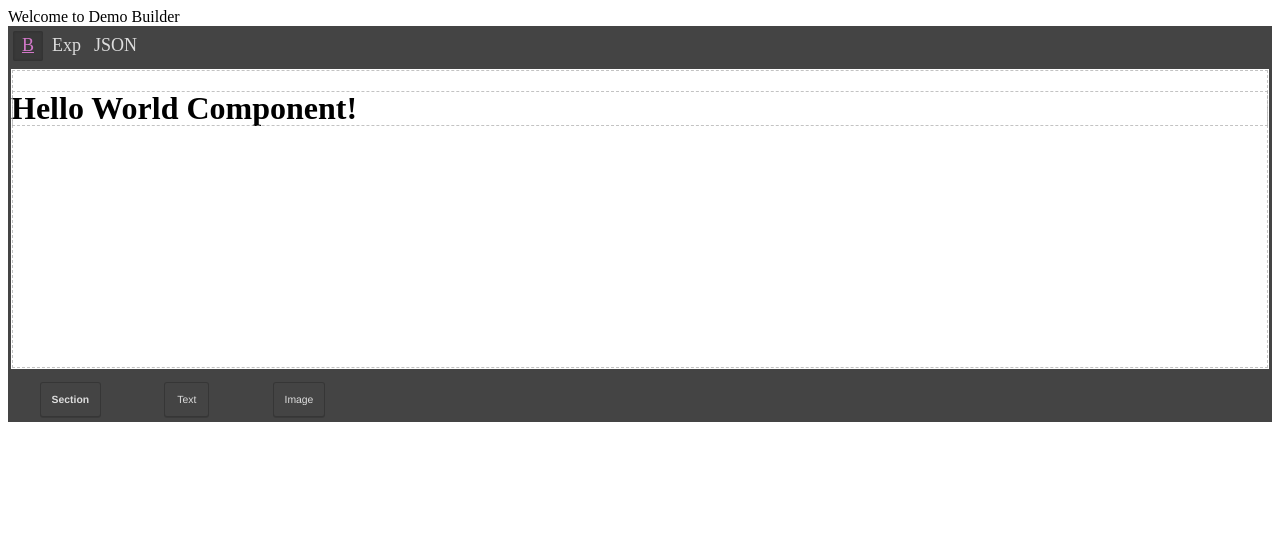
Repository: adityakulkarni000/DemoBuilder
Page: index.html
An editor plug-in stored every save of this project. The page is shown before and after the next save, followed by the edit.
The browser window is 1280 px wide. The pictures show the whole page.

Above is the page before, as saved 2022-06-19 01:13:32.

### index.html
<html>
  <header>Welcome to Demo Builder</header>
  <link rel="stylesheet" href="css/grapes.min.css" />
  <script src="lib/grapes.min.js"></script>

  <!-- STYLE SECTION-->
  <style>
    /* Let's highlight canvas boundaries */
    #gjs {
      border: 3px solid #444;
    }

    /* Reset some default styling */
    .gjs-cv-canvas {
      top: 0;
      width: 100%;
      height: 100%;
    }
    .gjs-block {
      width: auto;
      height: auto;
      min-height: auto;
    }
    .panel__top {
      padding: 0;
      width: 100%;
      display: flex;
      position: initial;
      justify-content: center;
      justify-content: space-between;
    }
    .panel__basic-actions {
      position: initial;
    }
  </style>

  <!-- BODY SECTION-->
  <body>
    <div class="panel__top">
      <div class="panel__basic-actions"></div>
    </div>
    <div id="gjs">
      <h1>Hello World Component!</h1>
    </div>
    <div id="blocks"></div>
  </body>

  <!-- SCRIPT SECTION-->
  <script>
    const editor = grapesjs.init({
      // Indicate where to init the editor. You can also pass an HTMLElement
      container: "#gjs",
      // Get the content for the canvas directly from the element
      // As an alternative we could use: `components: '<h1>Hello World Component!</h1>'`,
      fromElement: true,
      // Size of the editor
      height: "300px",
      width: "auto",
      // Disable the storage manager for the moment
      storageManager: false,
      // Avoid any default panel
      panels: { defaults: [] },

      blockManager: {
        appendTo: "#blocks",
        blocks: [
          {
            id: "section", // id is mandatory
            label: "<b>Section</b>", // You can use HTML/SVG inside labels
            attributes: { class: "gjs-block-section" },
            content: `<section>
          <h1>This is a simple title</h1>
          <div>This is just a Lorem text: Lorem ipsum dolor sit amet</div>
        </section>`,
          },
          {
            id: "text",
            label: "Text",
            content: '<div data-gjs-type="text">Insert your text here</div>',
          },
          {
            id: "image",
            label: "Image",
            // Select the component once it's dropped
            select: true,
            // You can pass components as a JSON instead of a simple HTML string,
            // in this case we also use a defined component type `image`
            content: { type: "image" },
            // This triggers `active` event on dropped components and the `image`
            // reacts by opening the AssetManager
            activate: true,
          },
        ],
      },
    });
    editor.Panels.addPanel({
      id: "panel-top",
      el: ".panel__top",
    });
    editor.Panels.addPanel({
      id: "basic-actions",
      el: ".panel__basic-actions",
      buttons: [
        {
          id: "visibility",
          active: true, // active by default
          className: "btn-toggle-borders",
          label: "<u>B</u>",
          command: "sw-visibility", // Built-in command
        },
        {
          id: "export",
          className: "btn-open-export",
          label: "Exp",
          command: "export-template",
          context: "export-template", // For grouping context of buttons from the same panel
        },
        {
          id: "show-json",
          className: "btn-show-json",
          label: "JSON",
          context: "show-json",
          command(editor) {
            editor.Modal.setTitle("Components JSON")
              .setContent(
                `<textarea style="width:100%; height: 250px;">
            ${JSON.stringify(editor.getComponents())}
          </textarea>`
              )
              .open();
          },
        },
      ],
    });
  </script>
</html>

Loaded but not shown: css/grapes.min.css (library); lib/grapes.min.js (library)

After the next save:
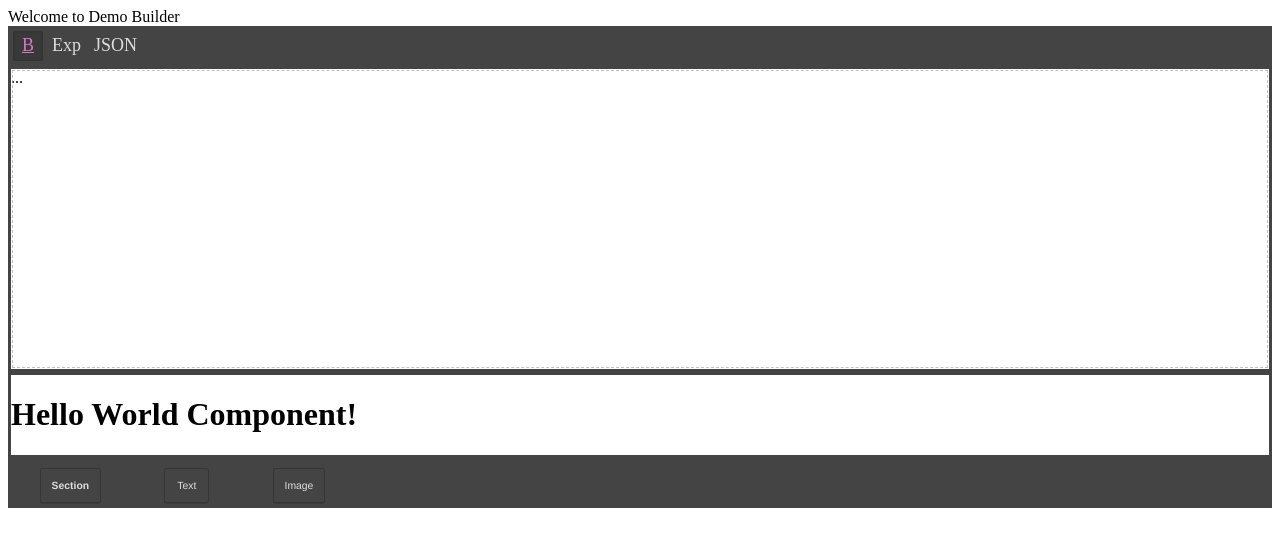
Saved 6 min 2 s later.
--- a/index.html
+++ b/index.html
@@ -39,6 +39,14 @@
     <div class="panel__top">
       <div class="panel__basic-actions"></div>
     </div>
+    <div class="editor-row">
+        <div class="editor-canvas">
+          <div id="gjs">...</div>
+        </div>
+        <div class="panel__right">
+          <div class="layers-container"></div>
+        </div>
+      </div>
     <div id="gjs">
       <h1>Hello World Component!</h1>
     </div>
